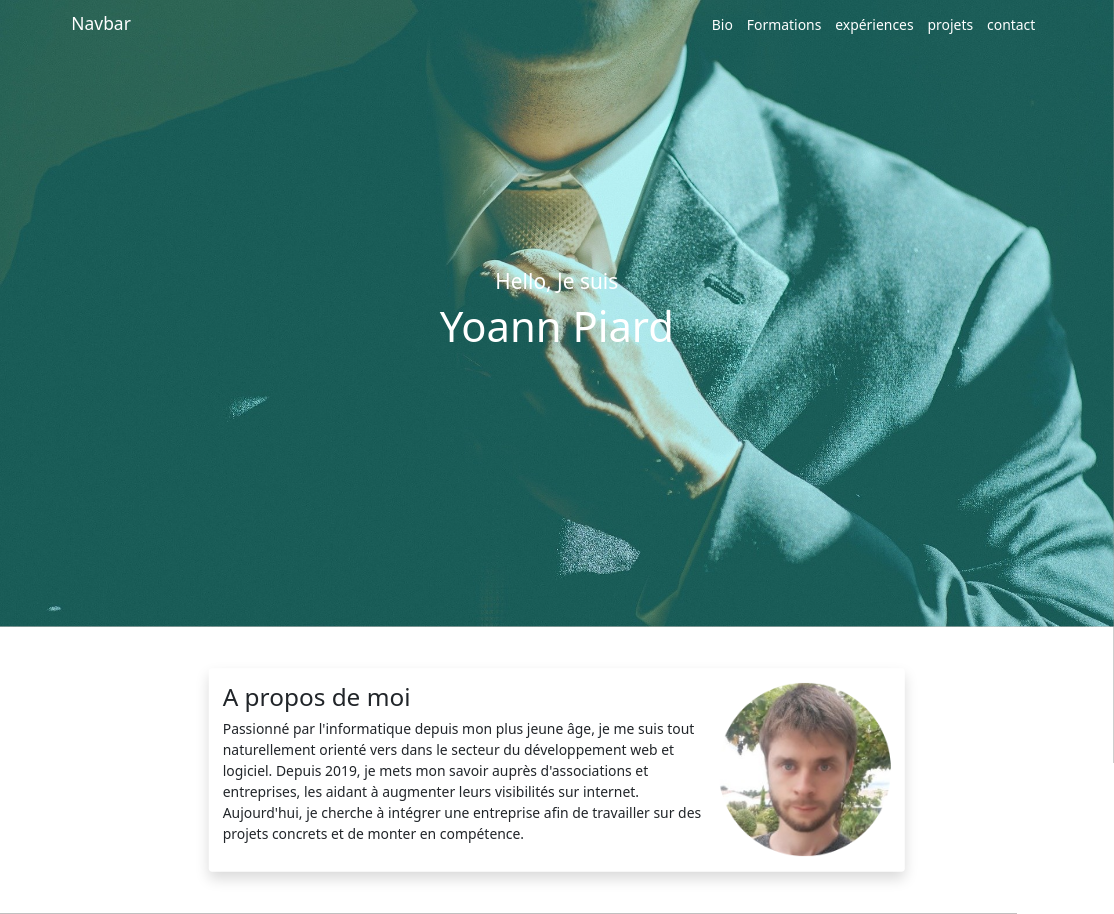
Repository: ypiard85/port-folio-bootstrap-yoann-2021
Page: index.html
These files come from the project's save history. The page is drawn as it stood at one moment and after the next save; the edit follows.
The browser window is 1280 px wide. The pictures show the whole page, at 87% of full size.

Above is the page before, as saved 2021-03-09 14:08:38.

After the next save:
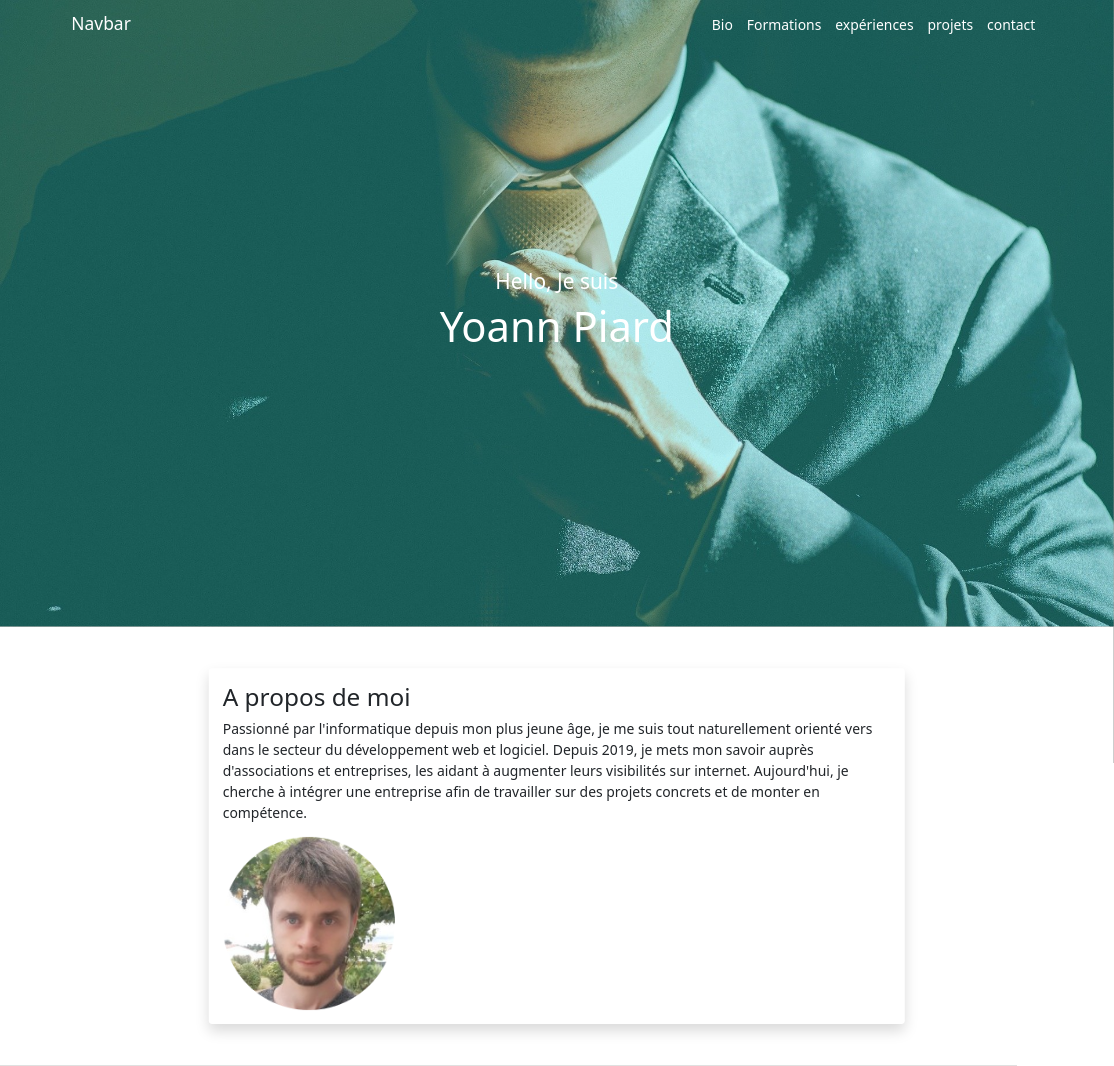
Saved 17 s later.
--- a/index.html
+++ b/index.html
@@ -46,7 +46,7 @@
           </header>
 
           <section class="about_me container mt-5 mb-5">
-                <div class="p-3 about_card shadow rounded justify-content-between align-items-center d-flex">
+                <div class="p-3 about_card shadow rounded flex-wrap justify-content-between align-items-center d-flex">
                     <div>
                         <h3>A propos de moi</h3>
                         <p>Passionné par l'informatique depuis mon plus jeune âge, je me suis tout naturellement orienté vers dans le secteur du développement web et logiciel. Depuis 2019, je mets mon savoir auprès d'associations et entreprises, les aidant à augmenter leurs visibilités sur internet. Aujourd'hui, je cherche à intégrer une entreprise afin de travailler sur des projets concrets et de monter en compétence.</p>

After the save that followed:
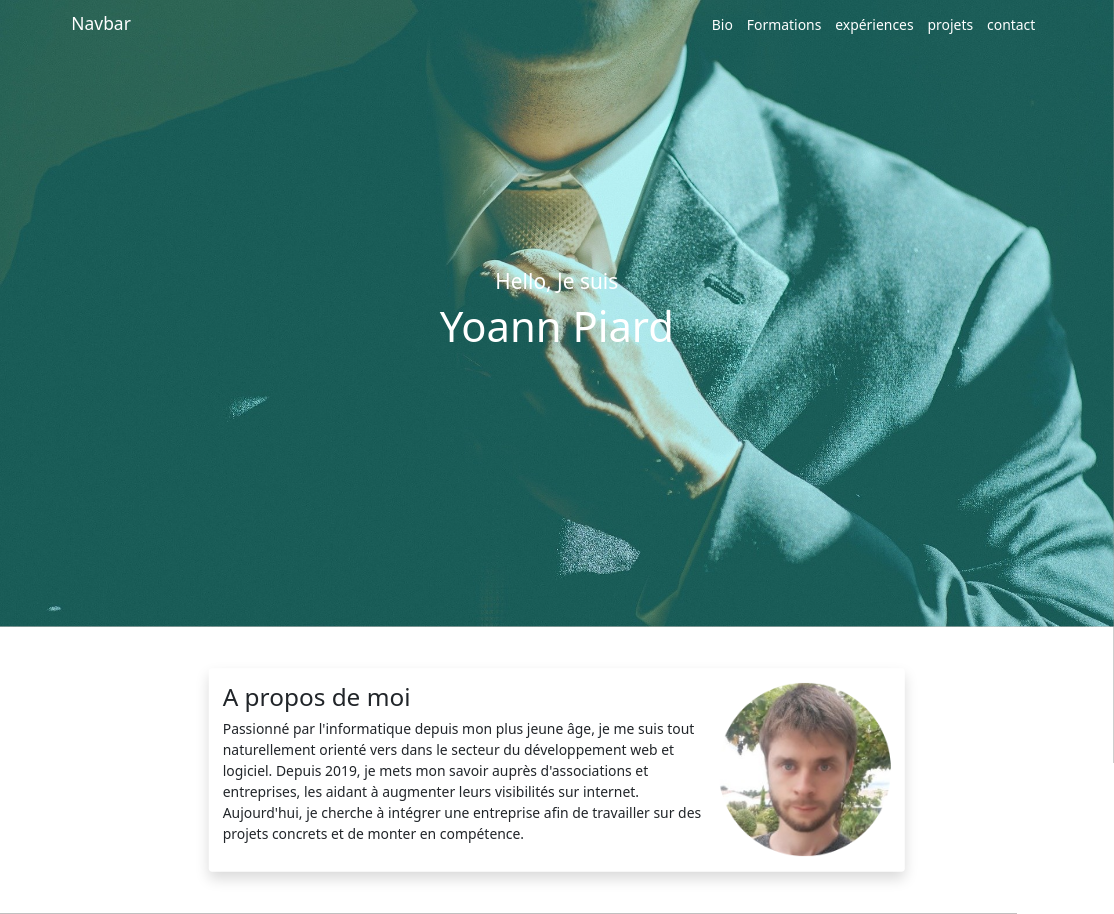
Saved 66 s later.
--- a/index.html
+++ b/index.html
@@ -46,7 +46,7 @@
           </header>
 
           <section class="about_me container mt-5 mb-5">
-                <div class="p-3 about_card shadow rounded flex-wrap justify-content-between align-items-center d-flex">
+                <div class="p-3 about_card shadow rounded sm:flex-wrap justify-content-between align-items-center d-flex">
                     <div>
                         <h3>A propos de moi</h3>
                         <p>Passionné par l'informatique depuis mon plus jeune âge, je me suis tout naturellement orienté vers dans le secteur du développement web et logiciel. Depuis 2019, je mets mon savoir auprès d'associations et entreprises, les aidant à augmenter leurs visibilités sur internet. Aujourd'hui, je cherche à intégrer une entreprise afin de travailler sur des projets concrets et de monter en compétence.</p>
